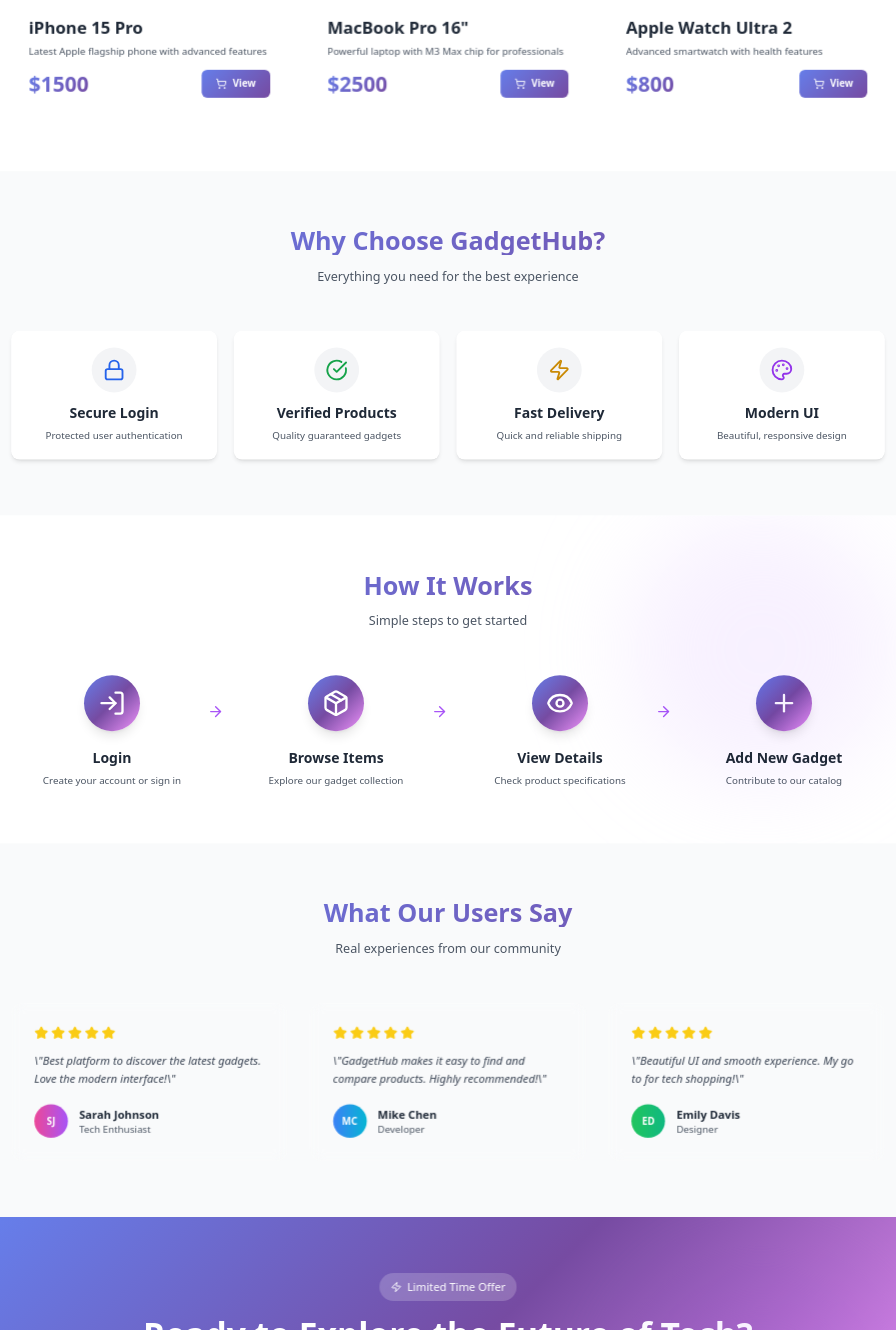
Repository: rajes124/Gadget-Next-js
Page: /
These files come from the project's save history. The page is drawn as it stood at one moment and after the next save; the edit follows.
The browser window is 1280 px wide. The pictures show the part of the page from y = 1941 to 3841 px (the page is 4637 px tall before and 4629 px after), at 70% of full size.
The page's requests for data from a server got no answer. The project was rebuilt for these pictures with package versions that can differ from the ones it lists, and the page was loaded fresh each time. The framework's server and built-in components were replaced by stand-ins that run in the browser. No one was signed in, and anything a server would have sent is missing. Also part of the build but not shown: next.config.js.

Above is the page before, as saved 2026-01-18 13:52:41.

### app/layout.tsx
import type { Metadata } from "next";
import Navbar from "@/components/Navbar";
import Footer from "@/components/Footer";
import Providers from "@/components/Providers";
import PageTransition from "@/components/PageTransition";
import "./globals.css";

export const metadata: Metadata = {
  title: "GadgetHub - Discover Smart Gadgets",
  description: "Explore the latest technology and innovations. Find your perfect gadget today.",
};

export default function RootLayout({
  children,
}: {
  children: React.ReactNode;
}) {
  return (
    <html lang="en" suppressHydrationWarning>
      <body className="bg-white dark:bg-slate-950 text-gray-900 dark:text-gray-100">
        <Providers>
          <Navbar />
          <main className="min-h-screen pt-16">
            <PageTransition>
              {children}
            </PageTransition>
          </main>
          <Footer />
        </Providers>
      </body>
    </html>
  );
}

### app/page.tsx
import HeroSection from "@/components/sections/HeroSection";
import CategoriesSection from "@/components/sections/CategoriesSection";
import FeaturedSection from "@/components/sections/FeaturedSection";
import WhyChooseSection from "@/components/sections/WhyChooseSection";
import HowItWorksSection from "@/components/sections/HowItWorksSection";
import TestimonialsSection from "@/components/sections/TestimonialsSection";
import CTASection from "@/components/sections/CTASection";

export default function Home() {
  return (
    <>
      <HeroSection />
      <CategoriesSection />
      <FeaturedSection />
      <WhyChooseSection />
      <HowItWorksSection />
      <TestimonialsSection />
      <CTASection />
    </>
  );
}

### components/Providers.tsx
'use client';

import { Toaster } from 'react-hot-toast';
import { ThemeProvider } from 'next-themes';

export default function Providers({ children }: { children: React.ReactNode }) {
  return (
    <ThemeProvider attribute="class" defaultTheme="light" enableSystem>
      {children}
      <Toaster position="top-right" />
    </ThemeProvider>
  );
}

### components/PageTransition.tsx
'use client';

import { useEffect, useState } from 'react';
import { usePathname } from 'next/navigation';

export default function PageTransition({ children }: { children: React.ReactNode }) {
  const pathname = usePathname();
  const [isTransitioning, setIsTransitioning] = useState(false);

  useEffect(() => {
    setIsTransitioning(true);
    const timer = setTimeout(() => {
      setIsTransitioning(false);
    }, 300);

    return () => clearTimeout(timer);
  }, [pathname]);

  return (
    <>
      {/* Loading Bar on Page Transition */}
      {isTransitioning && (
        <div className="fixed top-0 left-0 right-0 h-1 bg-gradient-to-r from-purple-500 via-pink-500 to-purple-500 z-50 animate-pulse">
          <div className="h-full w-full bg-gradient-to-r from-purple-500 via-pink-500 to-purple-500 animate-pulse"></div>
        </div>
      )}

      {/* Page Content with Fade Animation */}
      <div
        className={`transition-opacity duration-300 ${
          isTransitioning ? 'opacity-75' : 'opacity-100'
        }`}
      >
        {children}
      </div>
    </>
  );
}

### components/sections/FeaturedSection.tsx
'use client';

import { useState, useEffect } from 'react';
import Link from 'next/link';
import Image from 'next/image';
import { Smartphone, Laptop, Watch, ShoppingCart } from 'lucide-react';

export default function FeaturedSection() {
  const [items, setItems] = useState<any[]>([]);
  const [loading, setLoading] = useState(true);

  useEffect(() => {
    const fetchFeaturedItems = async () => {
      try {
        const response = await fetch('http://localhost:5000/api/items');
        if (response.ok) {
          const data = await response.json();
          // Get first 3 items as featured
          setItems(data.slice(0, 3));
        }
      } catch (error) {
        console.log('Using default featured items');
      } finally {
        setLoading(false);
      }
    };

    fetchFeaturedItems();
  }, []);

  const defaultFeatured = [
    {
      id: '1',
      name: 'iPhone 15 Pro',
      price: 1500,
      description: 'Latest Apple flagship phone with advanced features',
      image: 'https://images.unsplash.com/photo-1592286927505-1fed6c3d8b71?w=500&h=500&fit=crop',
    },
    {
      id: '2',
      name: 'MacBook Pro 16"',
      price: 2500,
      description: 'Powerful laptop with M3 Max chip for professionals',
      image: 'https://images.unsplash.com/photo-1517336714731-489689fd1ca8?w=500&h=500&fit=crop',
    },
    {
      id: '3',
      name: 'Apple Watch Ultra 2',
      price: 800,
      description: 'Advanced smartwatch with health features',
      image: 'https://images.unsplash.com/photo-1523275335684-37898b6baf30?w=500&h=500&fit=crop',
    },
  ];

  // Use real items if available, otherwise use default
  const featured = items.length > 0
    ? items.map((item: any) => ({
        id: item._id || item.id,
        name: item.name,
        price: item.price,
        description: item.description,
        image: item.imageUrl,
        addedBy: item.addedBy,
      }))
    : defaultFeatured;

  return (
    <section className="py-20 px-4 bg-white dark:bg-slate-900">
      <div className="max-w-7xl mx-auto">
        <div className="text-center mb-16 animate-fade-in">
          <h2 className="text-4xl font-bold mb-4 gradient-text">Featured Gadgets</h2>
          <p className="text-gray-600 dark:text-gray-400 text-lg">
            {items.length > 0 ? 'Latest products from our community' : 'Hand-picked products for you'}
          </p>
        </div>
        <div className="grid md:grid-cols-3 gap-8">
          {featured.map((item: any, idx: number) => (
            <div
              key={item.id}
              className="glass-effect rounded-2xl overflow-hidden transition-all duration-500 ease-out group hover:shadow-2xl hover:scale-[1.03] hover:-translate-y-3 hover:rotate-[0.5deg] animate-slide-in-up relative flex flex-col"
              style={{ animationDelay: `${idx * 0.1}s` }}
            >
              {/* Image with overlay on hover */}
              <div className="relative h-64 overflow-hidden bg-gray-200 dark:bg-gray-700 flex items-center justify-center">
                {item.image ? (
                  <Image
                    src={item.image}
                    alt={item.name}
                    fill
                    className="w-full h-full object-cover transition-transform duration-700 ease-out group-hover:scale-110 group-hover:rotate-1"
                    sizes="(max-width: 768px) 100vw, (max-width: 1200px) 50vw, 33vw"
                  />
                ) : (
                  <Smartphone className="w-32 h-32 text-gray-400 opacity-80 transition-transform duration-500 group-hover:scale-110" />
                )}
                {/* Subtle overlay on hover */}
                <div className="absolute inset-0 bg-gradient-to-t from-black/30 to-transparent opacity-0 group-hover:opacity-100 transition-opacity duration-500"></div>
              </div>

              <div className="p-6 relative z-10 flex flex-col flex-grow">
                <h3 className="text-2xl font-bold text-gray-800 dark:text-white mb-2 group-hover:text-purple-600 transition-colors duration-300">
                  {item.name}
                </h3>
                <p className="text-gray-600 dark:text-gray-400 mb-4 text-sm line-clamp-3 flex-grow">
                  {item.description}
                </p>
                {item.addedBy && (
                  <p className="text-xs text-gray-500 dark:text-gray-500 mb-4">
                    By: {item.addedBy}
                  </p>
                )}
                <div className="flex justify-between items-center mt-auto">
                  <span className="text-3xl font-bold gradient-text group-hover:scale-105 transition-transform duration-300">
                    ${item.price}
                  </span>
                  <Link
                    href={`/items/${item.id}`}
                    className="gradient-btn text-white px-5 py-2.5 rounded-lg text-sm font-semibold hover:shadow-xl transition-all duration-300 flex items-center gap-2 transform hover:scale-105 active:scale-95"
                  >
                    <ShoppingCart className="w-4 h-4" />
                    <span>View</span>
                  </Link>
                </div>
              </div>
            </div>
          ))}
        </div>
      </div>
    </section>
  );
}

### components/sections/WhyChooseSection.tsx
'use client';

import { Lock, CheckCircle, Zap, Palette } from 'lucide-react';

export default function WhyChooseSection() {
  const reasons = [
    { icon: Lock, title: 'Secure Login', description: 'Protected user authentication', color: 'text-blue-600 dark:text-blue-400' },
    { icon: CheckCircle, title: 'Verified Products', description: 'Quality guaranteed gadgets', color: 'text-green-600 dark:text-green-400' },
    { icon: Zap, title: 'Fast Delivery', description: 'Quick and reliable shipping', color: 'text-yellow-600 dark:text-yellow-400' },
    { icon: Palette, title: 'Modern UI', description: 'Beautiful, responsive design', color: 'text-purple-600 dark:text-purple-400' },
  ];

  return (
    <section className="py-20 px-4 bg-gray-50 dark:bg-slate-800">
      <div className="max-w-7xl mx-auto">
        <div className="text-center mb-16 animate-fade-in">
          <h2 className="text-4xl font-bold mb-4 gradient-text">Why Choose GadgetHub?</h2>
          <p className="text-gray-600 dark:text-gray-400 text-lg">Everything you need for the best experience</p>
        </div>
        <div className="grid md:grid-cols-4 gap-6">
          {reasons.map((reason, idx) => {
            const IconComp = reason.icon;
            return (
              <div
                key={reason.title}
                className="text-center p-6 bg-white dark:bg-slate-700 rounded-xl shadow-md hover:shadow-xl transition-all duration-300 transform hover:scale-105 animate-slide-in-up"
                style={{ animationDelay: `${idx * 0.1}s` }}
              >
                <div className={`w-16 h-16 rounded-full bg-gray-100 dark:bg-gray-600 flex items-center justify-center mx-auto mb-4 ${reason.color}`}>
                  <IconComp className="w-8 h-8" />
                </div>
                <h3 className="text-xl font-bold text-gray-800 dark:text-white mb-2">{reason.title}</h3>
                <p className="text-gray-600 dark:text-gray-400 text-sm">{reason.description}</p>
              </div>
            );
          })}
        </div>
      </div>
    </section>
  );
}

### components/sections/HowItWorksSection.tsx
'use client';

import { LogIn, Package, Eye, Plus, ArrowRight } from 'lucide-react';

export default function HowItWorksSection() {
  const steps = [
    { number: 1, icon: LogIn, title: 'Login', description: 'Create your account or sign in' },
    { number: 2, icon: Package, title: 'Browse Items', description: 'Explore our gadget collection' },
    { number: 3, icon: Eye, title: 'View Details', description: 'Check product specifications' },
    { number: 4, icon: Plus, title: 'Add New Gadget', description: 'Contribute to our catalog' },
  ];

  return (
    <section className="py-20 px-4 bg-white dark:bg-slate-900 relative overflow-hidden">
      <div className="max-w-7xl mx-auto">
        <div className="text-center mb-16 animate-fade-in">
          <h2 className="text-4xl font-bold mb-4 gradient-text">How It Works</h2>
          <p className="text-gray-600 dark:text-gray-400 text-lg">Simple steps to get started</p>
        </div>
        <div className="grid md:grid-cols-4 gap-8">
          {steps.map((step, idx) => {
            const IconComp = step.icon;
            return (
              <div key={step.number} className="relative text-center group animate-slide-in-up" style={{ animationDelay: `${idx * 0.1}s` }}>
                <div className="flex justify-center mb-6">
                  <div className="gradient-bg w-20 h-20 rounded-full flex items-center justify-center text-white shadow-lg group-hover:shadow-2xl transition-all group-hover:scale-110 duration-300">
                    <IconComp className="w-10 h-10" />
                  </div>
                </div>
                <h3 className="text-xl font-bold text-gray-800 dark:text-white mb-2">{step.title}</h3>
                <p className="text-gray-600 dark:text-gray-400 text-sm">{step.description}</p>

                {/* Connecting Arrow */}
                {step.number < 4 && (
                  <div className="hidden md:flex absolute top-10 -right-4 items-center justify-center">
                    <ArrowRight className="w-6 h-6 text-purple-500" />
                  </div>
                )}
              </div>
            );
          })}
        </div>
      </div>

      {/* Decorative elements */}
      <div className="absolute top-0 right-0 w-96 h-96 bg-purple-200 dark:bg-purple-900 rounded-full mix-blend-multiply filter blur-3xl opacity-10 animate-pulse"></div>
    </section>
  );
}

### components/sections/CTASection.tsx
'use client';

import Link from 'next/link';
import { ArrowRight, Zap, Package } from 'lucide-react';

export default function CTASection() {
  return (
    <section className="gradient-bg py-20 px-4 text-white relative overflow-hidden">
      <div className="max-w-4xl mx-auto text-center">
        <div className="inline-block mb-6 px-4 py-2 bg-white bg-opacity-20 rounded-full backdrop-blur-sm animate-fade-in">
          <span className="flex items-center gap-2 text-sm md:text-base">
            <Zap className="w-4 h-4" />
            <span>Limited Time Offer</span>
          </span>
        </div>
        <h2 className="text-4xl md:text-5xl font-bold mb-6 leading-tight animate-slide-in-down">
          Ready to Explore the Future of Tech?
        </h2>
        <p className="text-lg md:text-xl mb-8 opacity-90 max-w-2xl mx-auto animate-slide-in-up">
          Join thousands of tech enthusiasts discovering the latest gadgets every day.
        </p>
        <div className="flex flex-col md:flex-row gap-4 justify-center animate-fade-in" style={{ animationDelay: '0.3s' }}>
          <Link href="/login" className="bg-white text-purple-600 px-8 py-4 rounded-lg font-bold text-lg hover:scale-105 transition-transform duration-300 flex items-center justify-center gap-2 shadow-lg">
            <span>Get Started</span>
            <ArrowRight className="w-5 h-5" />
          </Link>
          <Link href="/items" className="border-2 border-white text-white px-8 py-4 rounded-lg font-bold text-lg hover:bg-white hover:bg-opacity-10 transition-all duration-300 flex items-center justify-center gap-2">
            <Package className="w-5 h-5" />
            <span>View Items</span>
          </Link>
        </div>
      </div>

      {/* Decorative Elements */}
      <div className="absolute top-0 left-0 w-96 h-96 bg-white rounded-full mix-blend-multiply filter blur-3xl opacity-10 animate-pulse"></div>
      <div className="absolute bottom-0 right-0 w-96 h-96 bg-purple-200 rounded-full mix-blend-multiply filter blur-3xl opacity-10 animate-pulse" style={{ animationDelay: '2s' }}></div>
    </section>
  );
}

### lib/firebase.ts
import { initializeApp } from "firebase/app";
import { getAuth } from "firebase/auth";
import { getFirestore } from "firebase/firestore";

const firebaseConfig = {
  apiKey: "AIzaSyDvBJhLa10oqdlcbmkKFgUltEKyrTwjIMk",
  authDomain: "techgad-get.firebaseapp.com",
  projectId: "techgad-get",
  storageBucket: "techgad-get.firebasestorage.app",
  messagingSenderId: "129611510027",
  appId: "1:129611510027:web:4d41bc17581bfff22e320e",
  measurementId: "G-ZS9JZGP2KL"
};

const app = initializeApp(firebaseConfig);
export const auth = getAuth(app);
export const db = getFirestore(app);

export default app;

### lib/cookies.ts
import Cookies from 'js-cookie';

export const setAuthCookie = (token: string) => {
  Cookies.set('auth_token', token, {
    expires: 7,
    secure: process.env.NODE_ENV === 'production',
    sameSite: 'strict',
  });
};

export const getAuthCookie = () => {
  return Cookies.get('auth_token');
};

export const removeAuthCookie = () => {
  Cookies.remove('auth_token');
};

export const setUserCookie = (user: any) => {
  Cookies.set('user', JSON.stringify(user), {
    expires: 7,
    secure: process.env.NODE_ENV === 'production',
    sameSite: 'strict',
  });
};

export const getUserCookie = () => {
  const user = Cookies.get('user');
  return user ? JSON.parse(user) : null;
};

### tailwind.config.ts
import type { Config } from 'tailwindcss';

const config: Config = {
  content: [
    './app/**/*.{js,ts,jsx,tsx,mdx}',
    './components/**/*.{js,ts,jsx,tsx,mdx}',
  ],
  theme: {
    extend: {
      colors: {
        primary: '#667eea',
        secondary: '#764ba2',
      },
    },
  },
  darkMode: 'class',
  plugins: [],
};
export default config;

Loaded but not shown: components/Navbar.tsx (208 lines, source omitted); components/Footer.tsx (128 lines, source omitted); components/sections/HeroSection.tsx (77 lines, source omitted); app/globals.css (178 lines, source omitted); components/sections/CategoriesSection.tsx (71 lines, source omitted); lib/auth.ts (98 lines, source omitted); components/sections/TestimonialsSection.tsx (68 lines, source omitted)

After the next save:
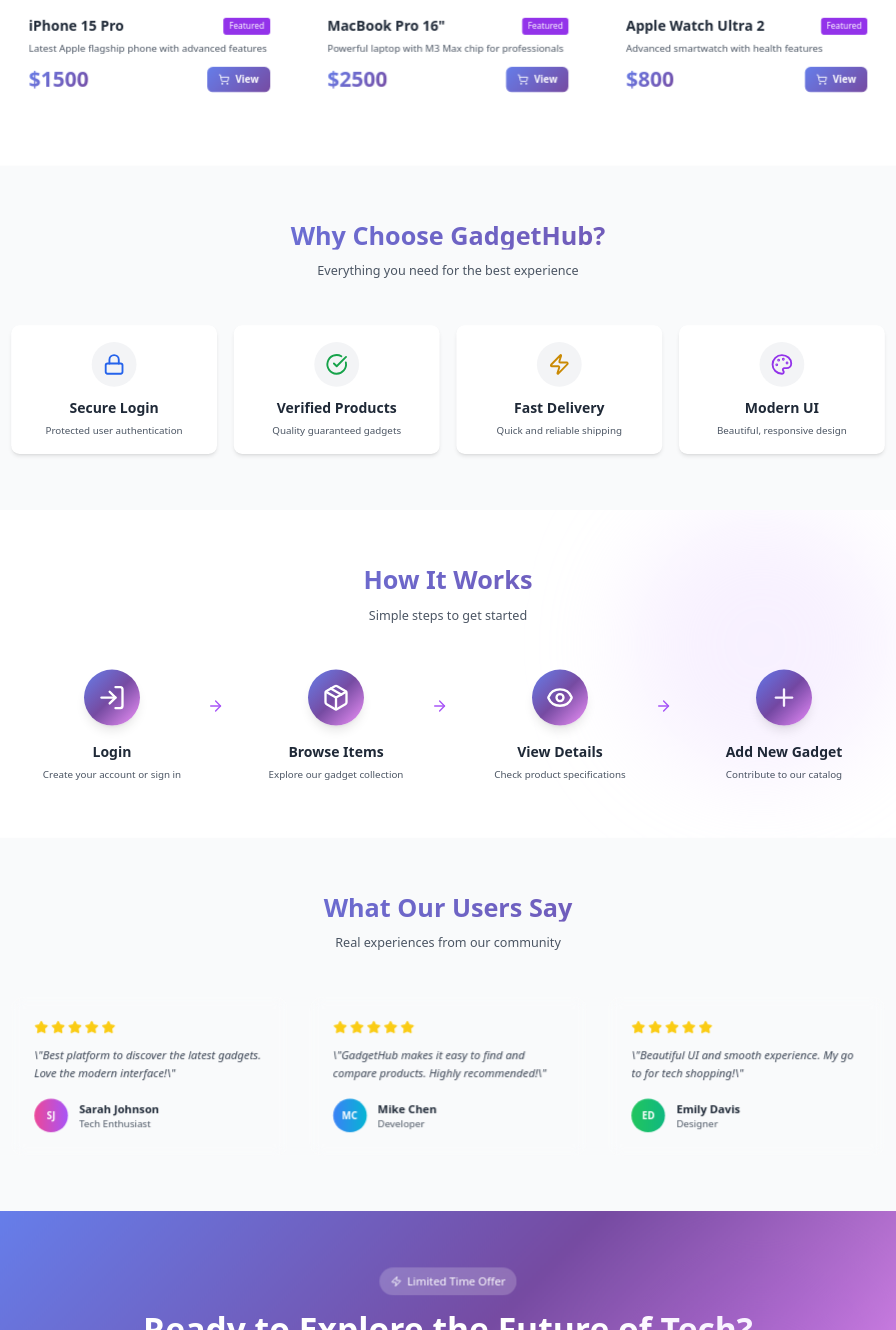
Saved 109 s later.
--- a/components/sections/FeaturedSection.tsx
+++ b/components/sections/FeaturedSection.tsx
@@ -77,45 +77,55 @@
           {featured.map((item: any, idx: number) => (
             <div
               key={item.id}
-              className="glass-effect rounded-2xl overflow-hidden transition-all duration-500 ease-out group hover:shadow-2xl hover:scale-[1.03] hover:-translate-y-3 hover:rotate-[0.5deg] animate-slide-in-up relative flex flex-col"
-              style={{ animationDelay: `${idx * 0.1}s` }}
+              className="glass-effect rounded-2xl overflow-hidden hover:shadow-2xl transition-all duration-300 group animate-slide-in-up transform hover:scale-105 hover:-translate-y-2 cursor-pointer"
+              style={{ animationDelay: `${idx * 0.05}s` }}
             >
-              {/* Image with overlay on hover */}
-              <div className="relative h-64 overflow-hidden bg-gray-200 dark:bg-gray-700 flex items-center justify-center">
+              {/* Image Container - ItemsPage-এর মতো */}
+              <div className="bg-gray-200 dark:bg-gray-700 h-64 flex items-center justify-center overflow-hidden relative">
                 {item.image ? (
                   <Image
                     src={item.image}
                     alt={item.name}
                     fill
-                    className="w-full h-full object-cover transition-transform duration-700 ease-out group-hover:scale-110 group-hover:rotate-1"
+                    className="w-full h-full object-cover group-hover:scale-125 transition-transform duration-500"
                     sizes="(max-width: 768px) 100vw, (max-width: 1200px) 50vw, 33vw"
                   />
                 ) : (
-                  <Smartphone className="w-32 h-32 text-gray-400 opacity-80 transition-transform duration-500 group-hover:scale-110" />
+                  <Smartphone className="w-32 h-32 text-gray-400 opacity-80 group-hover:scale-125 transition-transform duration-500" />
                 )}
-                {/* Subtle overlay on hover */}
-                <div className="absolute inset-0 bg-gradient-to-t from-black/30 to-transparent opacity-0 group-hover:opacity-100 transition-opacity duration-500"></div>
+                {/* Overlay on Hover - ItemsPage-এর মতো */}
+                <div className="absolute inset-0 bg-black opacity-0 group-hover:opacity-30 transition-opacity duration-300"></div>
               </div>
 
-              <div className="p-6 relative z-10 flex flex-col flex-grow">
-                <h3 className="text-2xl font-bold text-gray-800 dark:text-white mb-2 group-hover:text-purple-600 transition-colors duration-300">
-                  {item.name}
-                </h3>
-                <p className="text-gray-600 dark:text-gray-400 mb-4 text-sm line-clamp-3 flex-grow">
+              {/* Content - ItemsPage-এর মতো layout */}
+              <div className="p-6">
+                <div className="flex items-center justify-between mb-2">
+                  <h3 className="text-xl font-bold text-gray-800 dark:text-white group-hover:text-purple-600 transition-colors duration-300">
+                    {item.name}
+                  </h3>
+                  <span className="text-xs bg-purple-600 text-white px-2 py-1 rounded group-hover:bg-pink-600 transition-all duration-300 transform group-hover:scale-110">
+                    {item.category || 'Featured'}
+                  </span>
+                </div>
+
+                <p className="text-gray-600 dark:text-gray-400 mb-4 text-sm group-hover:text-gray-500 transition-colors duration-300">
                   {item.description}
                 </p>
+
                 {item.addedBy && (
-                  <p className="text-xs text-gray-500 dark:text-gray-500 mb-4">
+                  <p className="text-xs text-gray-500 dark:text-gray-500 mb-3">
                     By: {item.addedBy}
                   </p>
                 )}
-                <div className="flex justify-between items-center mt-auto">
-                  <span className="text-3xl font-bold gradient-text group-hover:scale-105 transition-transform duration-300">
+
+                {/* Price and Button - ItemsPage-এর মতো */}
+                <div className="flex justify-between items-center">
+                  <span className="text-3xl font-bold gradient-text group-hover:scale-110 transition-transform duration-300 origin-left">
                     ${item.price}
                   </span>
                   <Link
                     href={`/items/${item.id}`}
-                    className="gradient-btn text-white px-5 py-2.5 rounded-lg text-sm font-semibold hover:shadow-xl transition-all duration-300 flex items-center gap-2 transform hover:scale-105 active:scale-95"
+                    className="gradient-btn text-white px-4 py-2 rounded-lg text-sm font-semibold hover:shadow-lg transition-all flex items-center gap-2"
                   >
                     <ShoppingCart className="w-4 h-4" />
                     <span>View</span>
